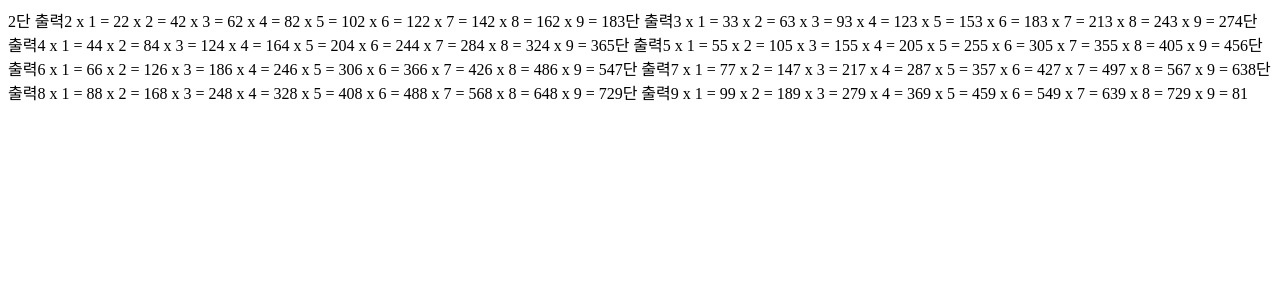
Repository: carnelli95/workspace_JSP
Page: http://localhost/MustHaveJSP/Mission/Gugudan1.jsp
These files come from the project's save history. The page is drawn as it stood at one moment and after the next save; the edit follows.
The browser window is 1280 px wide. The pictures show the whole page.
The page is served by Tomcat 9. Other server files are loaded and not shown.

Above is the page before, as saved 2025-09-22 08:17:20.

### MustHaveJSP/src/main/webapp/Mission/Gugudan1.jsp
<%@ page language="java" contentType="text/html; charset=UTF-8"
    pageEncoding="UTF-8"%>
<%! int dan;
	int num;
%>
<!DOCTYPE html>
<html>
<head>
<meta charset="UTF-8">
<title>Insert title here</title>
</head>
<body>

<table>
<%

	for(int i = 2; i <= 9; i++) {
		out.println("<tr>" + i + "단 출력</tr>");
		for(int j = 1; j <= 9; j++) {
			out.println("<tr>" + i + " x " + j  + " = " + i * j + "</tr>");
		}
	}
%>
</table>
</body>
</html>

After the next save:
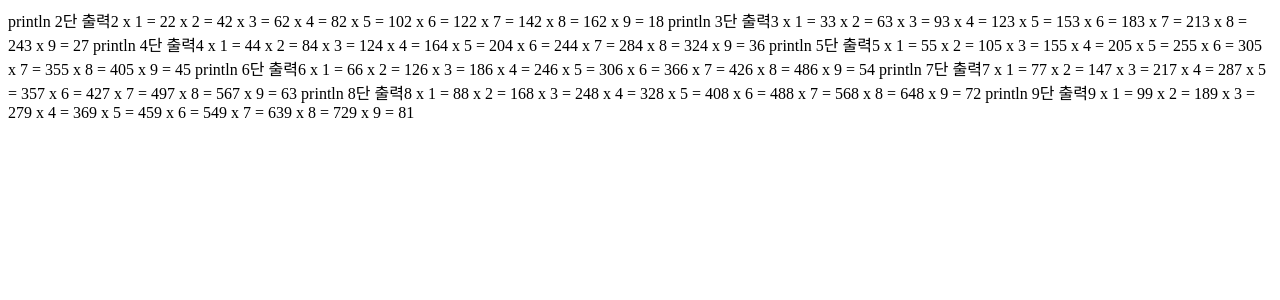
Saved 62 s later.
--- a/MustHaveJSP/src/main/webapp/Mission/Gugudan1.jsp
+++ b/MustHaveJSP/src/main/webapp/Mission/Gugudan1.jsp
@@ -15,6 +15,7 @@
 <%
 
 	for(int i = 2; i <= 9; i++) {
+		out.println("println");
 		out.println("<tr>" + i + "단 출력</tr>");
 		for(int j = 1; j <= 9; j++) {
 			out.println("<tr>" + i + " x " + j  + " = " + i * j + "</tr>");

After the save that followed:
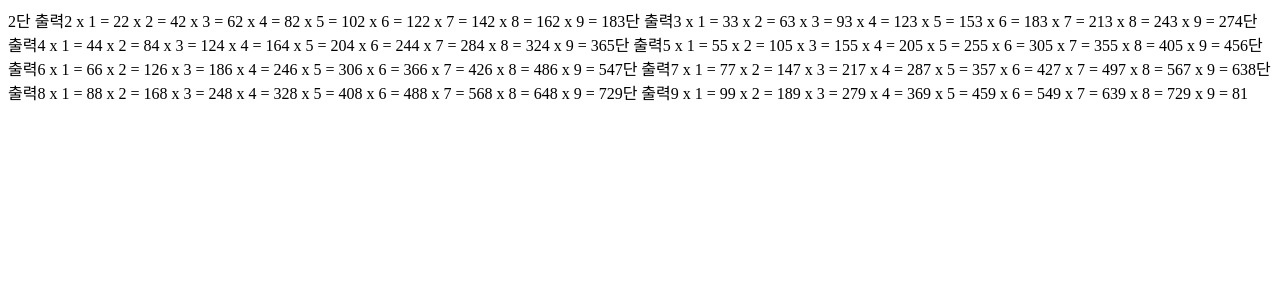
Saved 74 s later.
--- a/MustHaveJSP/src/main/webapp/Mission/Gugudan1.jsp
+++ b/MustHaveJSP/src/main/webapp/Mission/Gugudan1.jsp
@@ -13,12 +13,11 @@
 
 <table>
 <%
+	for(int i = 2; i <= 9; i++) {
 
-	for(int i = 2; i <= 9; i++) {
-		out.println("println");
 		out.println("<tr>" + i + "단 출력</tr>");
 		for(int j = 1; j <= 9; j++) {
-			out.println("<tr>" + i + " x " + j  + " = " + i * j + "</tr>");
+			out.print("<tr>" + i + " x " + j  + " = " + i * j + "</tr>");
 		}
 	}
 %>
